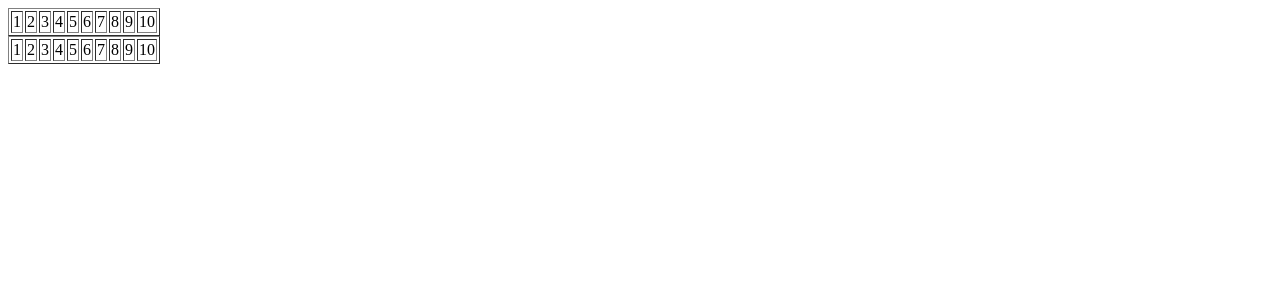
Repository: KyoJin-Hwang/LanguageStudy
Page: http://localhost/question2/result.jsp
An editor plug-in stored every save of this project. The page is shown before and after the next save, followed by the edit.
The browser window is 1280 px wide. The pictures show the whole page.
The page is served by Tomcat 9.

Above is the page before, as saved 2022-06-13 01:28:25.

### Server/스인재 WebServer/question2/src/main/webapp/result.jsp
<%@ page language="java" contentType="text/html; charset=UTF-8"
    pageEncoding="UTF-8"%>
<!DOCTYPE html>
<html>
<head>
<meta charset="UTF-8">
<title>Insert title here</title>
</head>
<body>
	<!-- 1행 10열 테이블 -->

	<table border="1">
		<tr>
		 <% for(int i =1; i<=10; i++){%>

			<td><%=i %></td>

		<% }%>
		</tr>
		</table>

		<table border="1">
		<tr>
		<%
		for(int i =1; i<=10; i++){
			out.print("<td>"+i+"</td>");
		}
		%>
		</tr>
		</table>
</body>
</html>

After the next save:
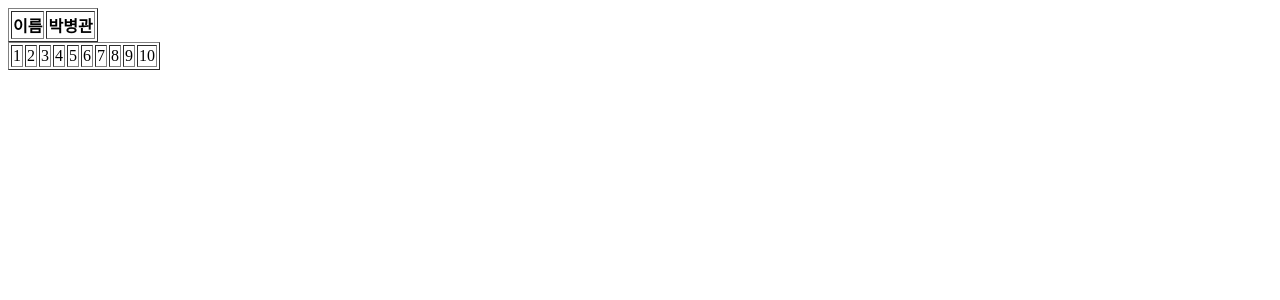
Saved 83 s later.
--- a/Server/스인재 WebServer/question2/src/main/webapp/result.jsp
+++ b/Server/스인재 WebServer/question2/src/main/webapp/result.jsp
@@ -11,12 +11,13 @@
 
 	<table border="1">
 		<tr>
-		 <% for(int i =1; i<=10; i++){%>
-
-			<td><%=i %></td>
-
-		<% }%>
-		</tr>
+            <th>
+                이름
+            </th>
+            <th>
+                박병관
+            </th>
+        </tr>
 		</table>
 
 		<table border="1">
